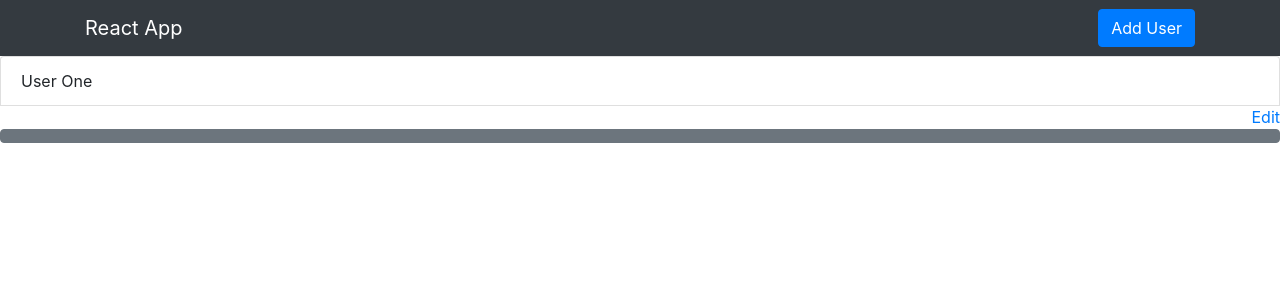
Repository: Abdaljawad-Aya/interview-task
Page: / (app in javascriptArray/test/)
These files come from the project's save history. The page is drawn as it stood at one moment and after the next save; the edit follows.
The browser window is 1280 px wide. The pictures show the whole page.
Some web libraries are served in a nearby version. The project was rebuilt for these pictures with package versions that can differ from the ones it lists, and the page was loaded fresh each time. Also part of the build but not shown: javascriptArray/test/src/compnents/AddUser.js, javascriptArray/test/src/compnents/EditUser.js. Imported but missing from the stored project, and not drawn on this page: javascriptArray/test/src/context/GlobalState.

Above is the page before, as saved 2021-03-10 20:41:31.

### javascriptArray/test/public/index.html
<!DOCTYPE html>
<html lang="en">
  <head>
    <meta charset="utf-8" />
    <link rel="icon" href="%PUBLIC_URL%/favicon.ico" />
    <meta name="viewport" content="width=device-width, initial-scale=1" />
    <meta name="theme-color" content="#000000" />
    <meta
      name="description"
      content="Web site created using create-react-app"
    />
    <link rel="apple-touch-icon" href="%PUBLIC_URL%/logo192.png" />
    <!--
      manifest.json provides metadata used when your web app is installed on a
      user's mobile device or desktop. See https://developers.google.com/web/fundamentals/web-app-manifest/
    -->
    <link rel="manifest" href="%PUBLIC_URL%/manifest.json" />
    <!--
      Notice the use of %PUBLIC_URL% in the tags above.
      It will be replaced with the URL of the `public` folder during the build.
      Only files inside the `public` folder can be referenced from the HTML.

      Unlike "/favicon.ico" or "favicon.ico", "%PUBLIC_URL%/favicon.ico" will
      work correctly both with client-side routing and a non-root public URL.
      Learn how to configure a non-root public URL by running `npm run build`.
    -->

   <link rel="stylesheet" href="https://maxcdn.bootstrapcdn.com/bootstrap/4.0.0/css/bootstrap.min.css" integrity="sha384-Gn5384xqQ1aoWXA+058RXPxPg6fy4IWvTNh0E263XmFcJlSAwiGgFAW/dAiS6JXm" crossorigin="anonymous">
    <title>React App</title>
  </head>
  <body>
    <noscript>You need to enable JavaScript to run this app.</noscript>
    <div id="root"></div>
    <!--
      This HTML file is a template.
      If you open it directly in the browser, you will see an empty page.

      You can add webfonts, meta tags, or analytics to this file.
      The build step will place the bundled scripts into the <body> tag.

      To begin the development, run `npm start` or `yarn start`.
      To create a production bundle, use `npm run build` or `yarn build`.
    -->
      <script src="https://code.jquery.com/jquery-3.2.1.slim.min.js" integrity="sha384-KJ3o2DKtIkvYIK3UENzmM7KCkRr/rE9/Qpg6aAZGJwFDMVNA/GpGFF93hXpG5KkN" crossorigin="anonymous"></script>
    <script src="https://cdnjs.cloudflare.com/ajax/libs/popper.js/1.12.9/umd/popper.min.js" integrity="sha384-ApNbgh9B+Y1QKtv3Rn7W3mgPxhU9K/ScQsAP7hUibX39j7fakFPskvXusvfa0b4Q" crossorigin="anonymous"></script>
    <script src="https://maxcdn.bootstrapcdn.com/bootstrap/4.0.0/js/bootstrap.min.js" integrity="sha384-JZR6Spejh4U02d8jOt6vLEHfe/JQGiRRSQQxSfFWpi1MquVdAyjUar5+76PVCmYl" crossorigin="anonymous"></script>
  </body>
</html>

### javascriptArray/test/src/index.js
import React from 'react'
import ReactDOM from 'react-dom'
import App from './App'
// import { BrowserRouter as Router } from 'react-router-dom'

ReactDOM.render(
  <React.StrictMode>
    {/* <Router> */}
    <App />
    {/* </Router> */}
  </React.StrictMode>,
  document.getElementById('root'),
)

### javascriptArray/test/src/App.js
import React from 'react'
import { BrowserRouter as Router, Switch, Route } from 'react-router-dom'
import { Home } from './compnents/Home'
import { AddUser } from './compnents/AddUser'
import { EditUser } from './compnents/EditUser'

import 'bootstrap/dist/css/bootstrap.min.css'

function App() {
  return (
    <div className="App">
      {/* style={{ maxWidth: '30rem', margin: '4rem auto' }} */}
      <Router>
        <Switch>
          <Route path="/add" component={AddUser} />
          <Route path="/edit/:id" component={EditUser} />
          <Route exact path="/" component={Home} />
        </Switch>
      </Router>
    </div>
  )
}

export default App

// <nav class="navbar navbar-expand-lg navbar-dark bg-dark">
//             <a class="navbar-brand" href="#">
//               React
//             </a>
//             <button
//               class="navbar-toggler"
//               type="button"
//               data-toggle="collapse"
//               data-target="#navbarNavAltMarkup"
//               aria-controls="navbarNavAltMarkup"
//               aria-expanded="false"
//               aria-label="Toggle navigation"
//             >
//               <span class="navbar-toggler-icon"></span>
//             </button>
//             <div class="collapse navbar-collapse" id="navbarNavAltMarkup">
//               <div class="navbar-nav">
//                 <a class="nav-item nav-link active" href="#">
//                   <span class="sr-only">(current)</span>
//                 </a>
//                 <a class="nav-link" href="#"></a>
//                 <a class="nav-link" href="#"></a>
//               </div>
//             </div>
//           </nav>

### javascriptArray/test/src/compnents/Home.js
import React from 'react'
import { Heading } from './Heading'
import { UserList } from './UserList'
export const Home = () => {
  return (
    <>
      <Heading />
      <UserList />
    </>
  )
}

### javascriptArray/test/src/compnents/Heading.js
import React from 'react'
import { Link } from 'react-router-dom'
import { Navbar, Nav, NavItem, NavbarBrand, Container } from 'reactstrap'

export const Heading = () => {
  return (
    <div>
      <Navbar color="dark" dark>
        <Container>
          <NavbarBrand href="/">React App</NavbarBrand>
          <Nav>
            <NavItem>
              <Link className="btn btn-primary" to="/add">
                Add User
              </Link>
            </NavItem>
          </Nav>
        </Container>
      </Navbar>
    </div>
  )
}

### javascriptArray/test/src/compnents/UserList.js
import React from 'react'
import { Link } from 'react-router-dom'
import { ListGroup, ListGroupItem, Button } from 'reactstrap'

export const UserList = () => {
  return (
    <div>
      <ListGroup>
        <ListGroupItem>User One</ListGroupItem>
        <div className="ml-auto">
          <Link to="/edit/1">Edit</Link>
        </div>
        <Button></Button>
      </ListGroup>
    </div>
  )
}

After the next save:
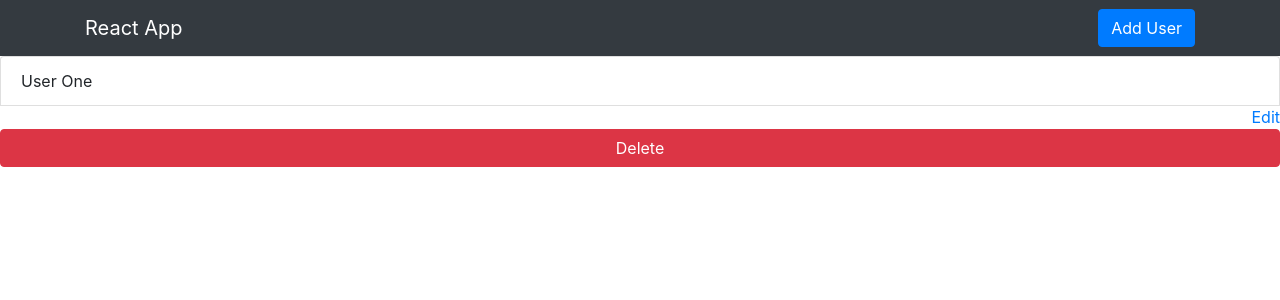
Saved 26 s later.
--- a/javascriptArray/test/src/compnents/UserList.js
+++ b/javascriptArray/test/src/compnents/UserList.js
@@ -10,7 +10,7 @@ export const UserList = () => {
         <div className="ml-auto">
           <Link to="/edit/1">Edit</Link>
         </div>
-        <Button></Button>
+        <Button color="danger">Delete</Button>
       </ListGroup>
     </div>
   )
